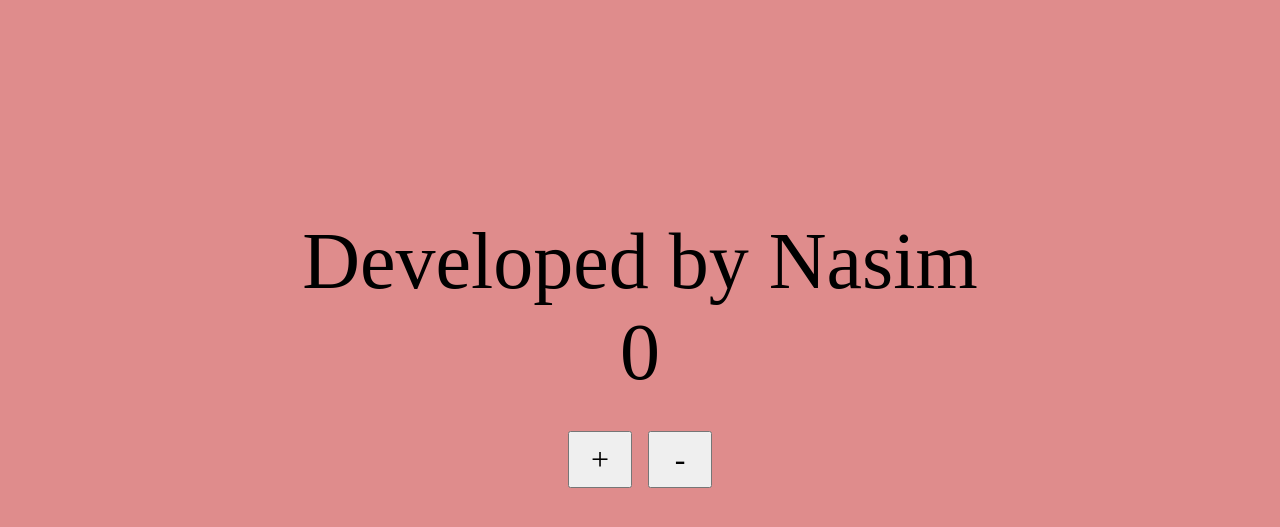
Repository: nasimqureshi/counter-in-redux
Page: /
These files come from the project's save history. The page is drawn as it stood at one moment and after the next save; the edit follows.
The browser window is 1280 px wide. The pictures show the whole page.
The project was rebuilt for these pictures with package versions that can differ from the ones it lists, and the page was loaded fresh each time.

Above is the page before, as saved 2024-10-16 23:00:02.

### src/index.js
import React from 'react';
import ReactDOM from 'react-dom';
import './index.css';
import App from './App';
import { store } from './app/store';
import { Provider } from 'react-redux';

ReactDOM.render(
  <React.StrictMode>
    <Provider store={store}>
      <App />
    </Provider>
  </React.StrictMode>,
  document.getElementById('root')
);

### src/index.css
* {
  margin: 0;
  padding: 0;
  box-sizing: border-box;
}

body {
  min-height: 100vh;
  font-size: 5rem;
  display: grid;
  place-content: center;
  background-color: #df8c8c;
}

input,
button {
  font: inherit;
  padding: 0.5rem;
}

section {
  display: flex;
  flex-direction: column;
  justify-content: center;
  align-items: center;
}

input {
  text-align: center;
  max-width: 2.5em;
}

button {
  font-size: 2rem;
  margin: 0.5em 0 0.5em 0.5em;
  min-width: 2em;
}

button:first-child {
  margin-left: 0;
}

### src/App.js

import Counter from "./features/counter/Counter";
function App() {
  return (
    <div className="App">
      <Counter />
    </div>
  );
}

export default App;

### src/app/store.js
import { configureStore } from "@reduxjs/toolkit";
import counterReducer from '../features/counter/counterSlice';

export const store = configureStore({
  reducer: {
    counter: counterReducer,
  }
})

### src/features/counter/Counter.js
import React from 'react';
import { useSelector, useDispatch } from 'react-redux';
import { increment, decrement } from './counterSlice';

const Counter = () => {
  const count = useSelector((state) => state.counter.count);
  const dispatch = useDispatch();

  return (
    <section>
      <h>Developed by Nasim</h>
      <p>{count}</p>

      <div>
        <button onClick={()=> dispatch(increment())}>+</button>
        <button onClick={()=> dispatch(decrement())}>-</button>
      </div>
    </section>
  );
}

export default Counter;

### src/features/counter/counterSlice.js
import { createSlice } from '@reduxjs/toolkit'

const initialState = {
  count: 0
}
export const counterSlice = createSlice({
    name:'counter',
    initialState,
    reducers: {
      increment: (state) => {
        state.count += 1;
      },
      decrement: (state) => {
        state.count -= 1;
      }
    }
})
export const { increment, decrement } = counterSlice.actions;
export default counterSlice.reducer;

Loaded but not shown: public/index.html (common file)

After the next save:
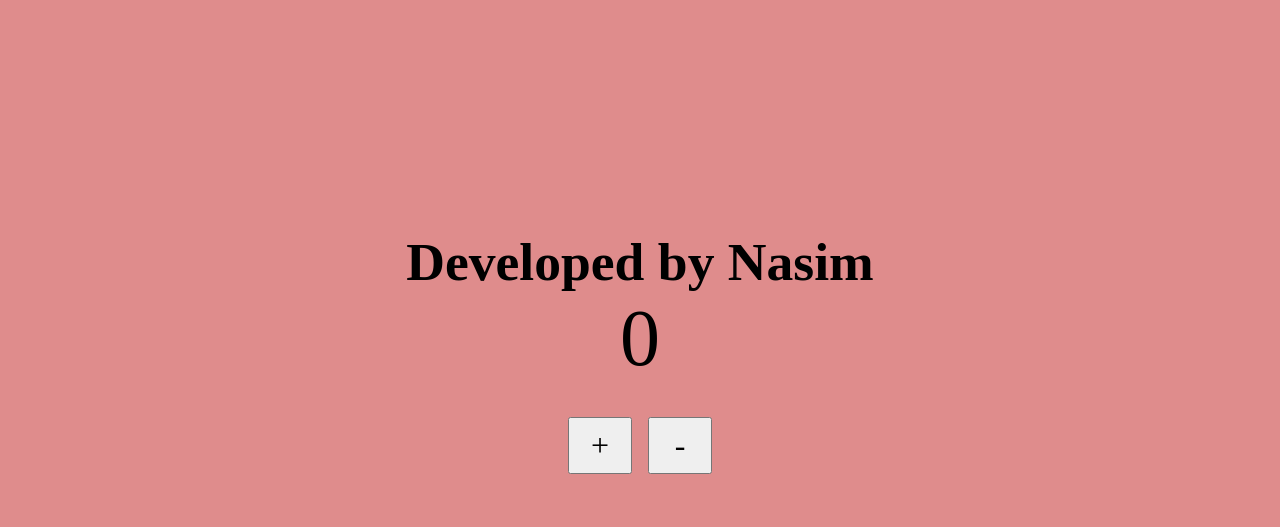
Saved 5 s later.
--- a/src/features/counter/Counter.js
+++ b/src/features/counter/Counter.js
@@ -8,7 +8,7 @@ const Counter = () => {
 
   return (
     <section>
-      <h>Developed by Nasim</h>
+      <h6>Developed by Nasim</h6>
       <p>{count}</p>
 
       <div>
